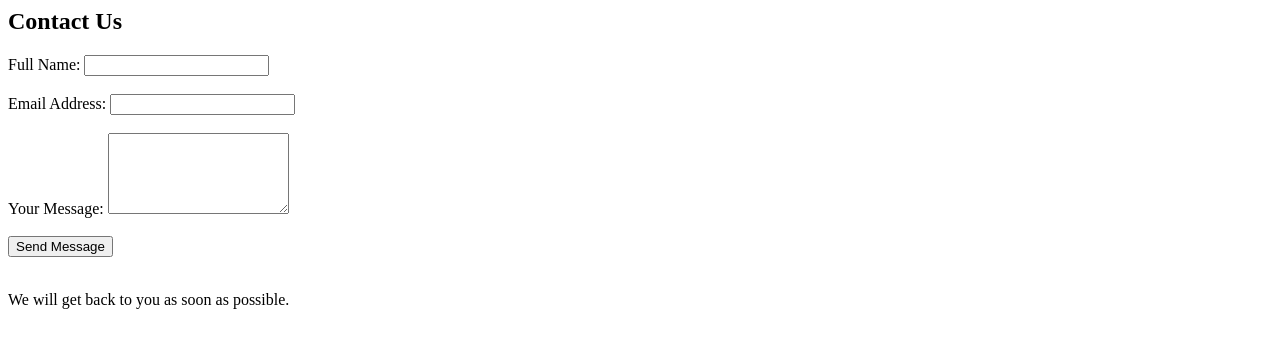
Repository: Shivanibasireddy/Software-Examples
Page: SpringBootMvctest/src/main/resources/static/ContactUs.html
An editor plug-in stored every save of this project. The page is shown before and after the next save, followed by the edit.
The browser window is 1280 px wide. The pictures show the whole page.

Above is the page before, as saved 2024-12-19 10:07:31.

After the next save:
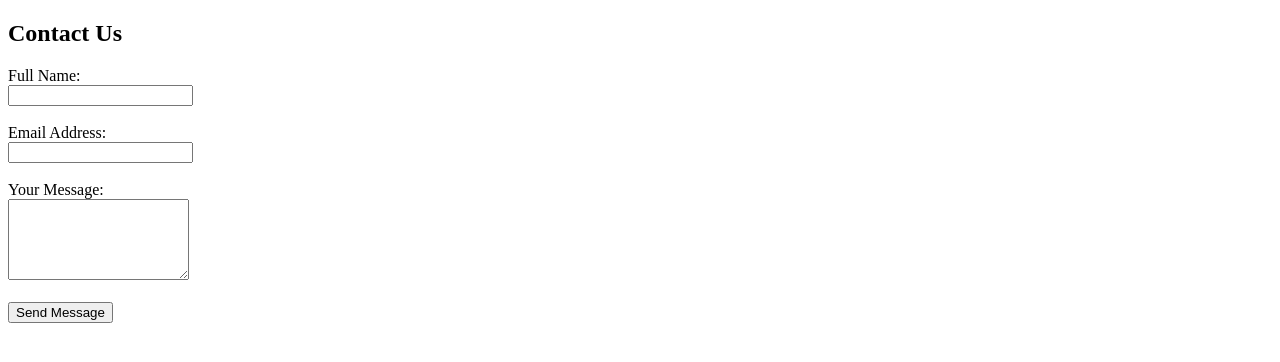
Saved 58 s later.
--- a/SpringBootMvctest/src/main/resources/static/ContactUs.html
+++ b/SpringBootMvctest/src/main/resources/static/ContactUs.html
@@ -1,27 +1,25 @@
-<html>
+<!DOCTYPE html>
+<html lang="en">
 <head>
+    <meta charset="UTF-8">
+    <meta name="viewport" content="width=device-width, initial-scale=1.0">
     <title>Contact Us</title>
 </head>
 <body>
-	 <div class="contact-form">
-        <h2>Contact Us</h2>
-        <form action="submit_contact_form.php" method="POST">
-            <label for="name">Full Name:</label>
-            <input type="text" id="name" name="name" required><br><br>
 
-            <label for="email">Email Address:</label>
-            <input type="email" id="email" name="email" required><br><br>
+    <h2>Contact Us</h2>
+    <form action="submit_contact_form.php" method="POST">
+        <label for="name">Full Name:</label><br>
+        <input type="text" id="name" name="name" required><br><br>
 
-            <label for="message">Your Message:</label>
-            <textarea id="message" name="message" rows="5" required></textarea><br><br>
+        <label for="email">Email Address:</label><br>
+        <input type="email" id="email" name="email" required><br><br>
 
-            <button type="submit">Send Message</button><br><br>
-        </form>
+        <label for="message">Your Message:</label><br>
+        <textarea id="message" name="message" rows="5" required></textarea><br><br>
 
-        <div class="form-footer">
-            <p>We will get back to you as soon as possible.</p>
-        </div>
-    </div>
+        <button type="submit">Send Message</button>
+    </form>
 
 </body>
 </html>
